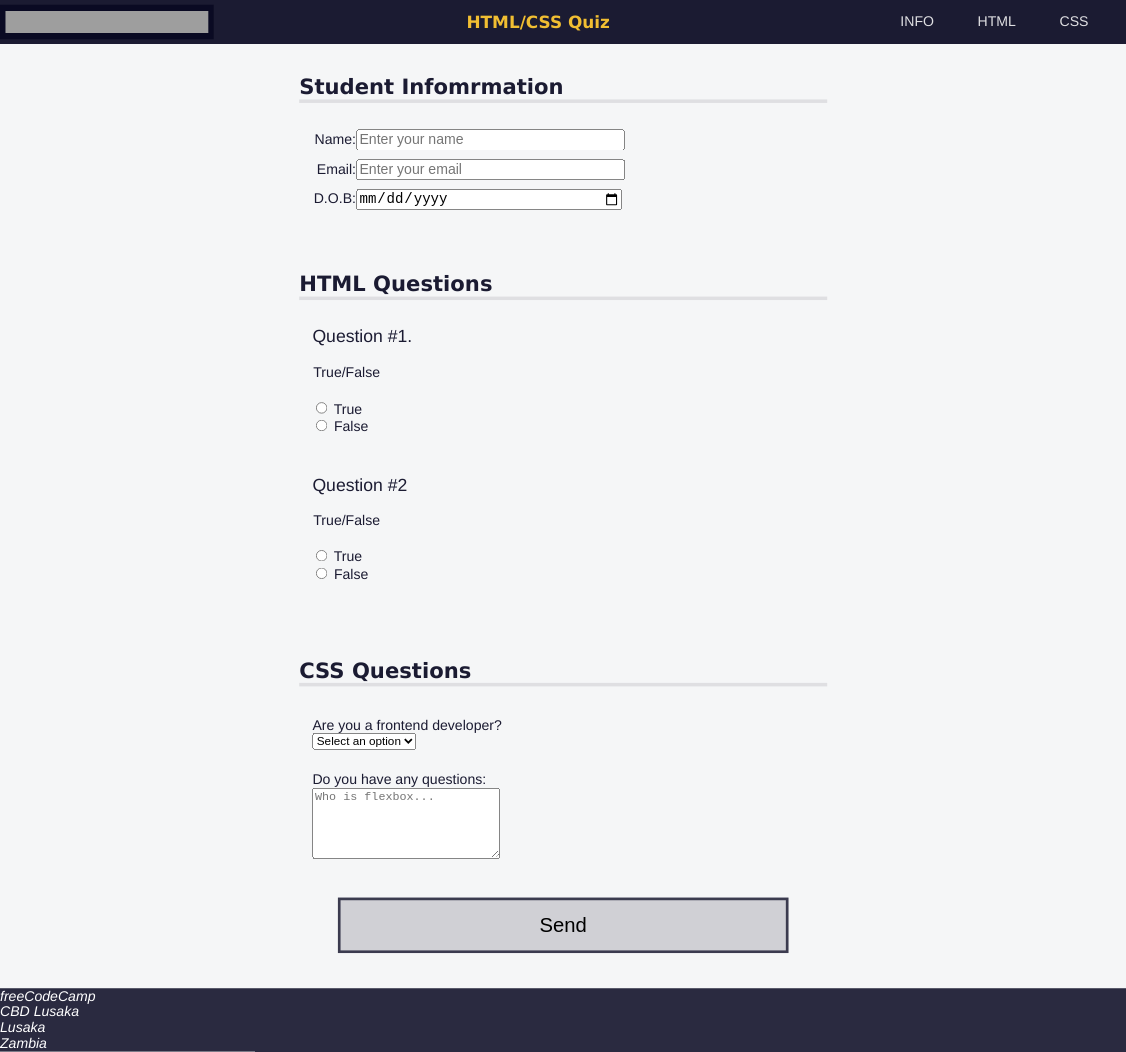
Repository: Lungdjos/accessibility_build_quiz
Page: index.html
An editor plug-in stored every save of this project. The page is shown before and after a run of saves, followed by the edit.
The browser window is 1280 px wide. The pictures show the whole page, at 88% of full size.
Pictures or frames that could not be fetched are drawn as grey boxes.

Above is the page before, as saved 2023-10-30 09:56:09.

After the next 5 saves:
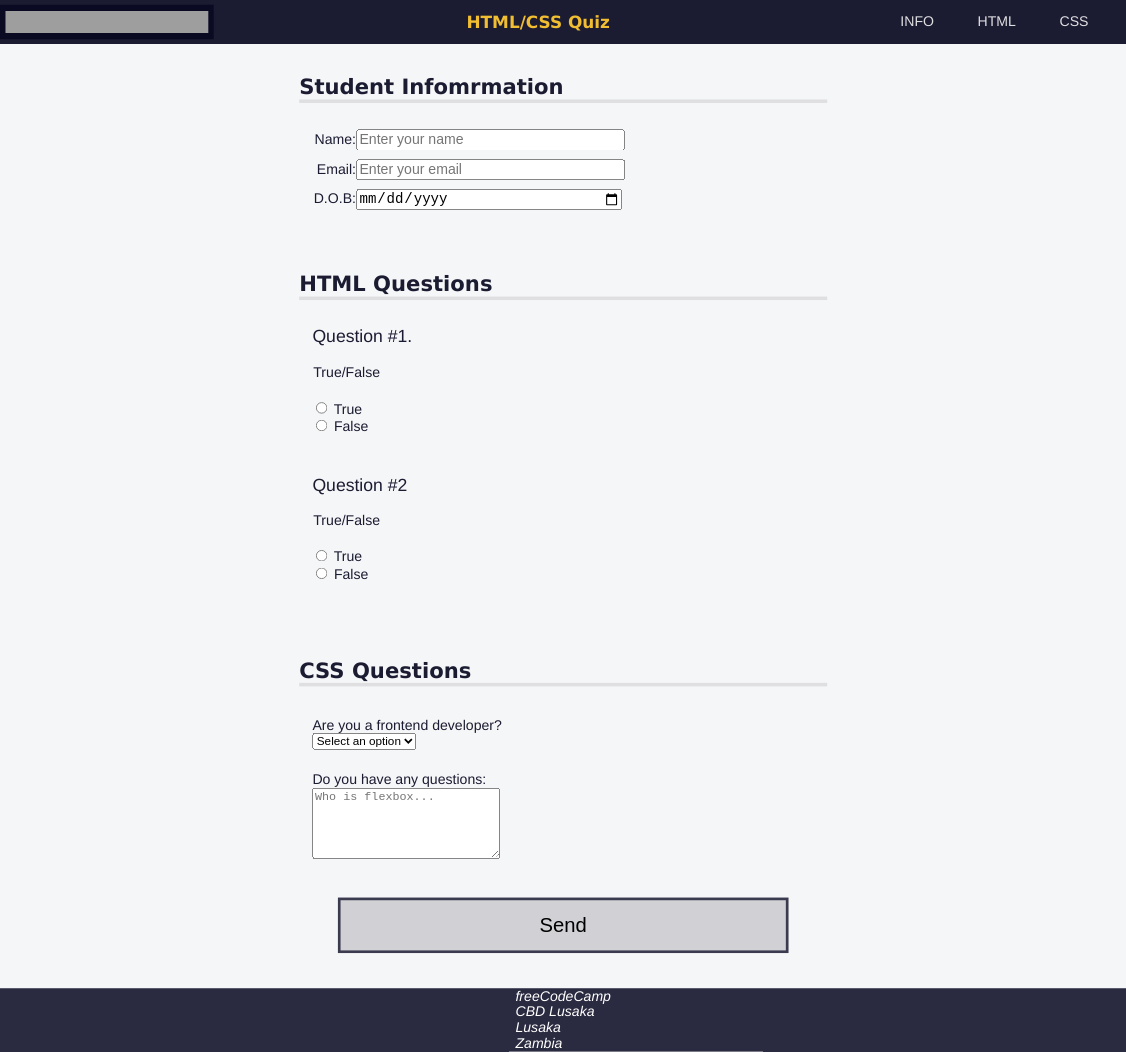
The 5 saves are shown as one change because they came seconds apart.
The last was saved 38 s later.
--- a/styles.css
+++ b/styles.css
@@ -192,5 +192,6 @@ button:hover {
 footer {
     background-color: #2a2a40;
     color: #fff;
-    flex-wrap: wrap;
+    display: flex;
+    justify-content: center;
 }
